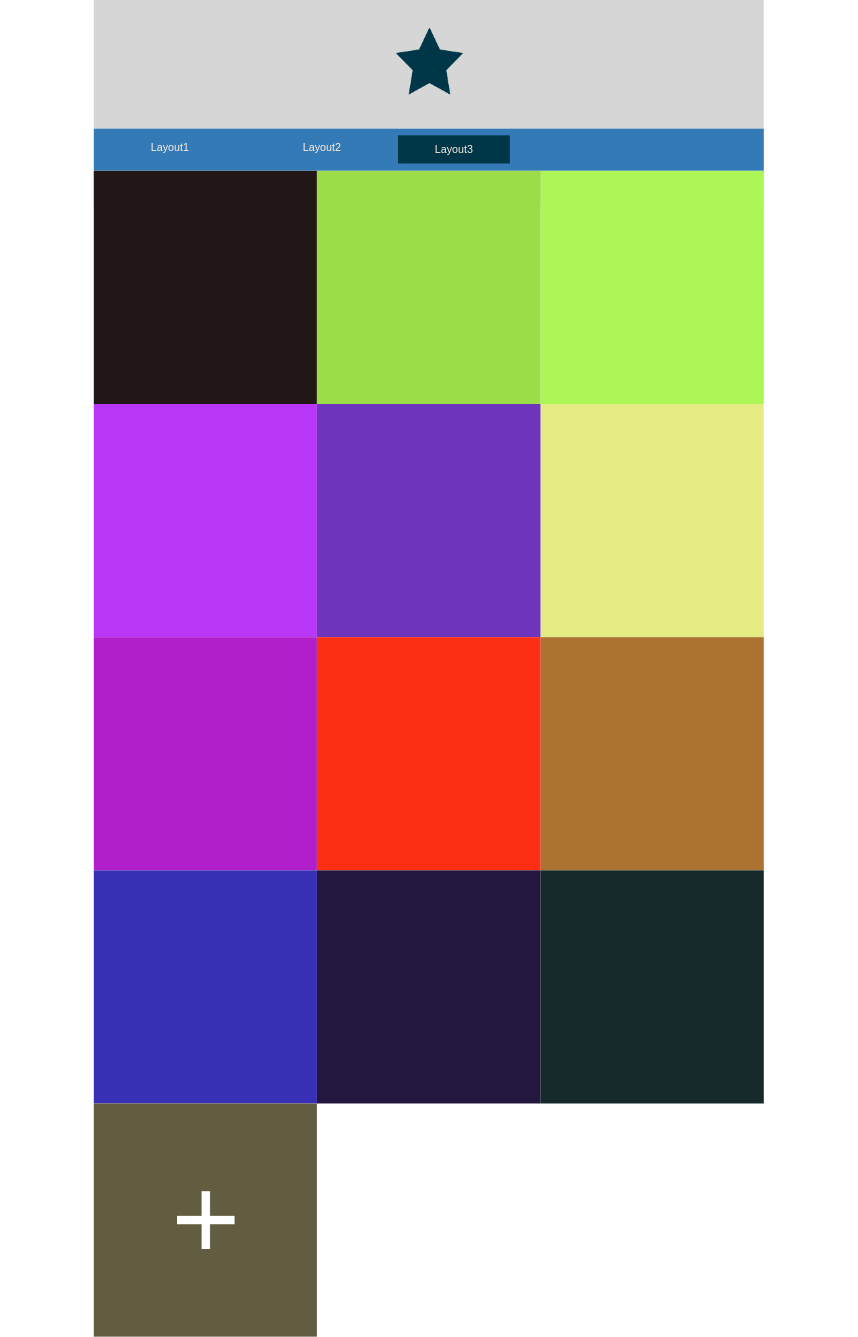
Repository: baliayassin/MyGame
Page: Documents/Aptana Studio 3 Workspace/homeWork2/layOut3.html
An editor plug-in stored every save of this project. The page is shown before and after the next save, followed by the edit.
The browser window is 1280 px wide. The pictures show the whole page, at 67% of full size.
Some web libraries are served in a nearby version.

Above is the page before, as saved 2017-12-14 08:55:33.

After the next save:
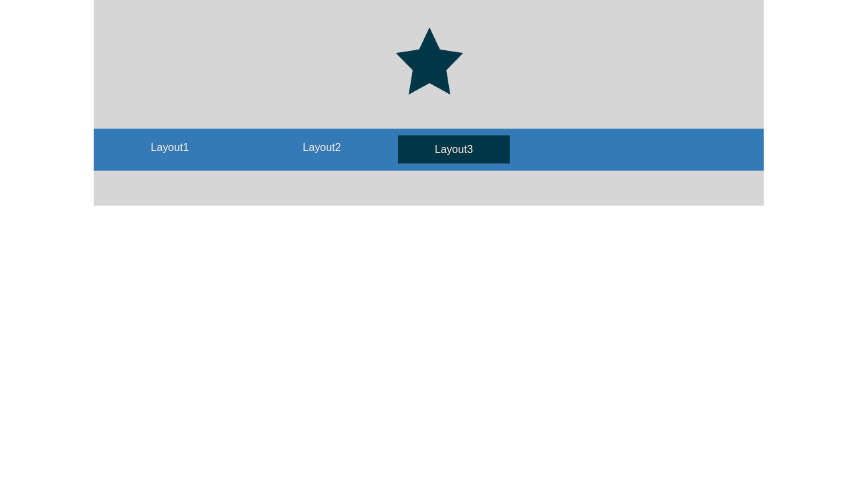
Console error: SyntaxError: missing ) after argument list
Saved 4 min 59 s later.
--- a/Documents/Aptana Studio 3 Workspace/homeWork2/includes/main.js
+++ b/Documents/Aptana Studio 3 Workspace/homeWork2/includes/main.js
@@ -1,5 +1,10 @@
 $("document").ready(function () {
-    addArtecles();
+   // addArtecles();
+
+        for (var i = 0; i < (25/2); i++)
+        $("main").append(createArticle());
+        $("main article:last").addClass("plus");
+}
 
     $("main").on("click", ".box:not(.plus)", showStar);
     $(".box.plus").click(addArticle);
@@ -25,8 +30,3 @@
 
 
 function addArtecles() {
-
-    for (var i = 0; i < (25/2); i++)
-        $("main").append(createArticle());
-        $("main article:last").addClass("plus");
-}

After the save that followed:
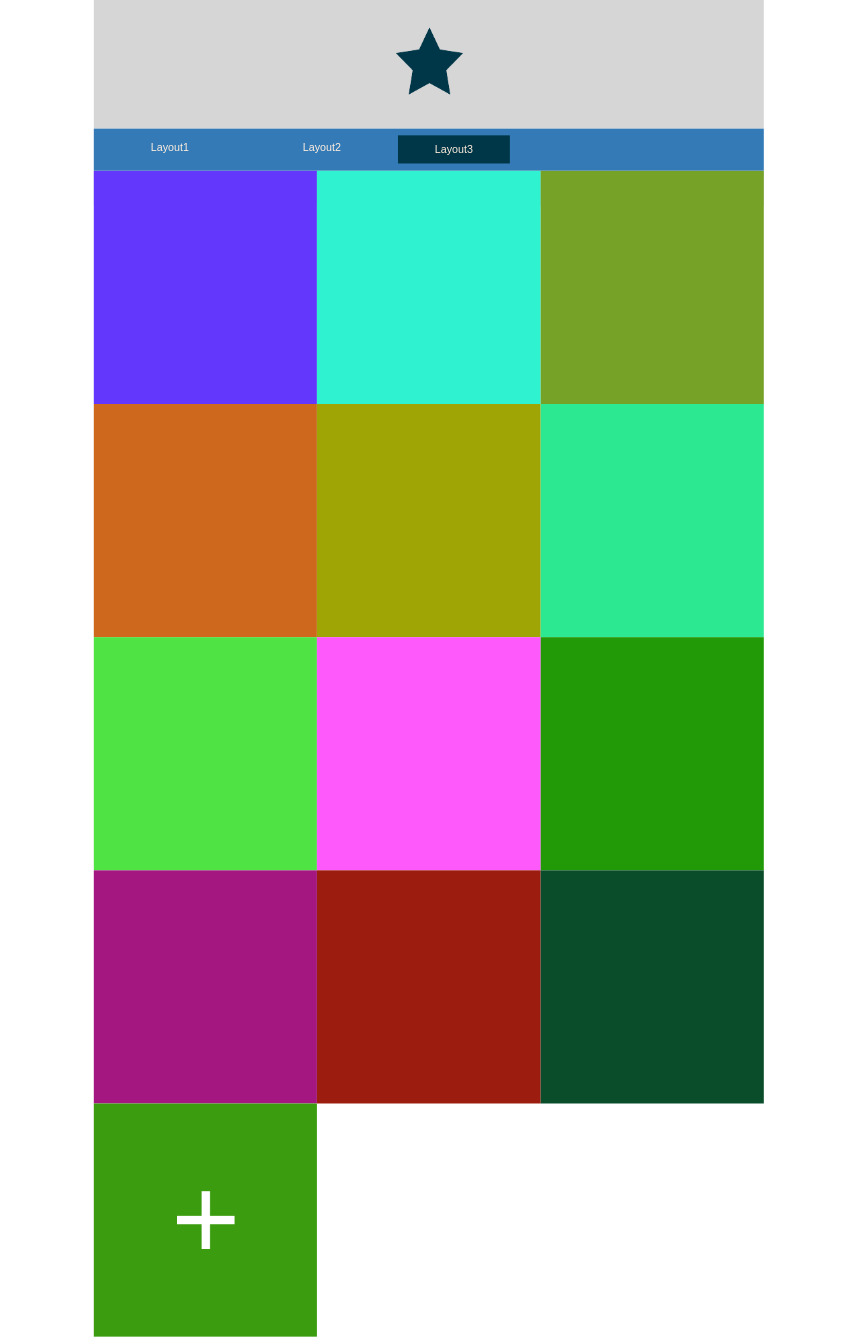
The error is gone.
Saved 94 s later.
--- a/Documents/Aptana Studio 3 Workspace/homeWork2/includes/main.js
+++ b/Documents/Aptana Studio 3 Workspace/homeWork2/includes/main.js
@@ -1,10 +1,9 @@
 $("document").ready(function () {
    // addArtecles();
 
-        for (var i = 0; i < (25/2); i++)
+    for (var i = 0; i < (25/2); i++)
         $("main").append(createArticle());
         $("main article:last").addClass("plus");
-}
 
     $("main").on("click", ".box:not(.plus)", showStar);
     $(".box.plus").click(addArticle);
@@ -30,3 +29,6 @@
 
 
 function addArtecles() {
+
+
+}
